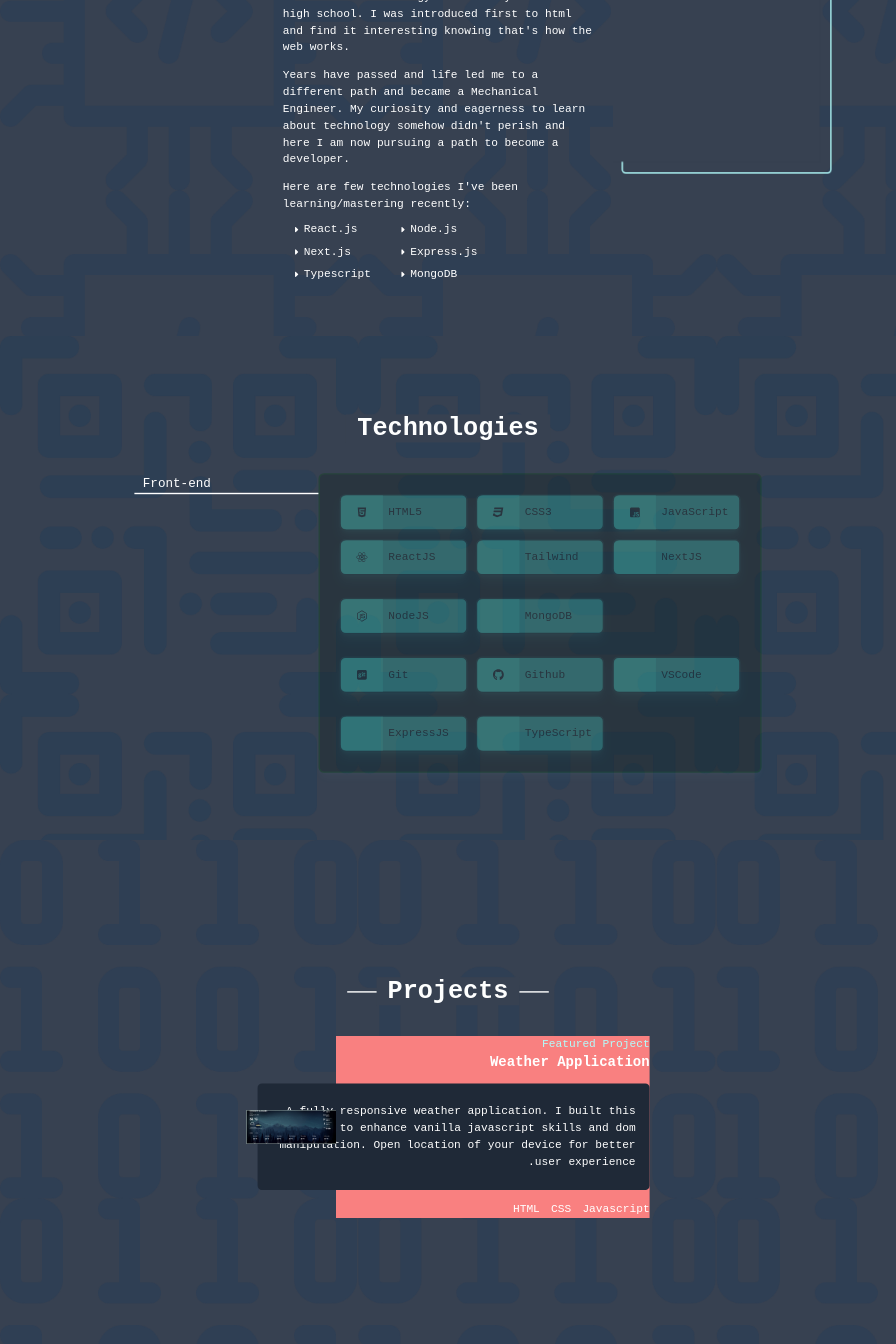
Repository: riandev25/nextjs-portfolio
Page: /
An editor plug-in stored every save of this project. The page is shown before and after the next save, followed by the edit.
The browser window is 1280 px wide. The pictures show the part of the page from y = 960 to 2880 px (the page is 2880 px tall), at 70% of full size.
Backgrounds fixed to the window are drawn as part of the page. The project was rebuilt for these pictures with package versions that can differ from the ones it lists, and the page was loaded fresh each time. The framework's server and built-in components were replaced by stand-ins that run in the browser. Also part of the build but not shown: next.config.js, components/Home/Keyboard/index.module.css, components/Home/Keyboard/index.jsx.

Above is the page before, as saved 2022-11-12 21:40:55.

After the next save:
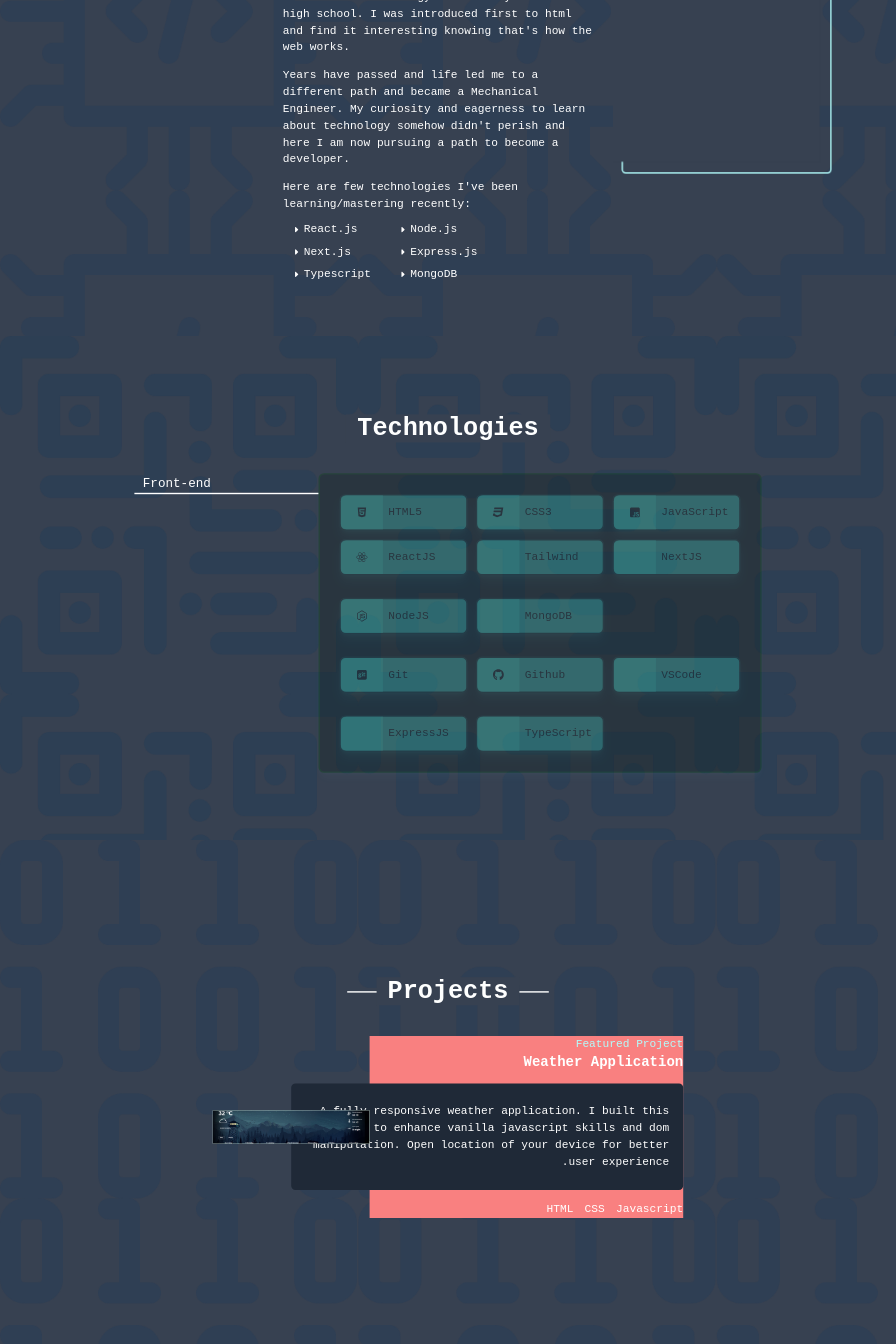
Saved 23 s later.
--- a/components/Projects/index.jsx
+++ b/components/Projects/index.jsx
@@ -25,7 +25,7 @@ const Projects = () => {
   return (
     <div className='pt-4 flex flex-col w-full h-screen gap-11 justify-center items-center text-white px-20 bg-bg_binary_image bg-fixed'>
       <PageHeader title='Projects' />
-      <div className='flex flex-row justify-center items-center max-w-xl '>
+      <div className='flex flex-row justify-center items-center max-w-2xl '>
         <section className='relative w-96 h-12 bg-green-100 flex-1 flex'>
           <Image
             src={WeatherImage}
